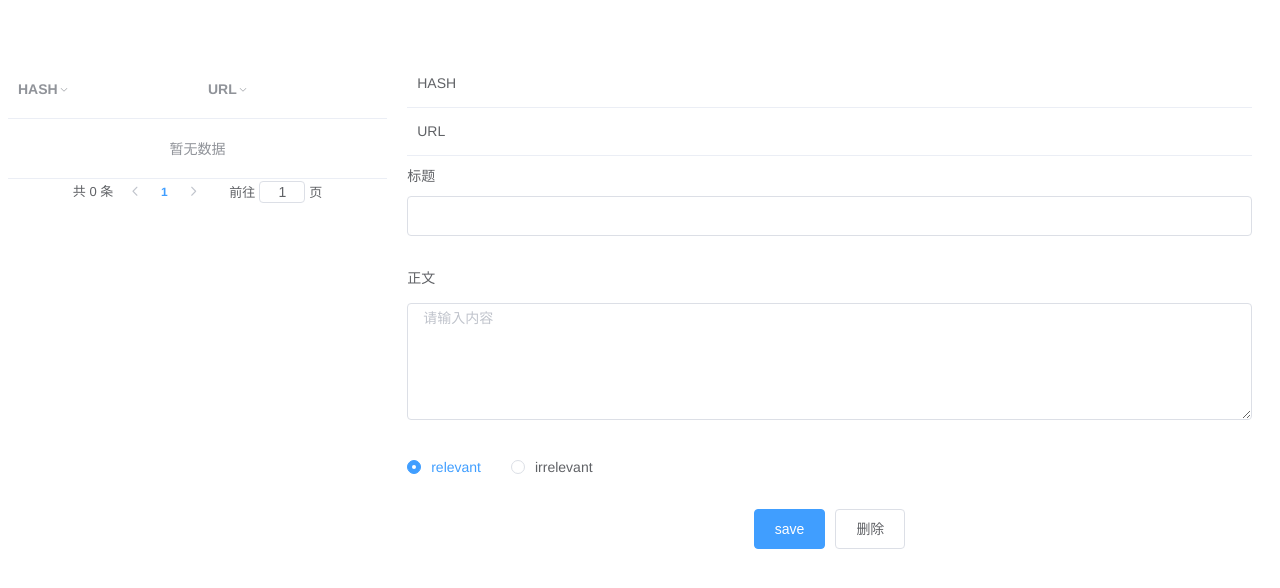
Repository: NicoleGX/TI
Page: /
The author's editor kept a copy of each file at every save. The page is drawn from the files as they stood at one save, then again after the next save.
The browser window is 1280 px wide. The pictures show the whole page.
The page's requests for data from a server got no answer. The project was rebuilt for these pictures with package versions that can differ from the ones it lists, and the page was loaded fresh each time. No one was signed in, and anything a server would have sent is missing.

Above is the page before, as saved 2019-05-30 11:44:24.

After the next save:
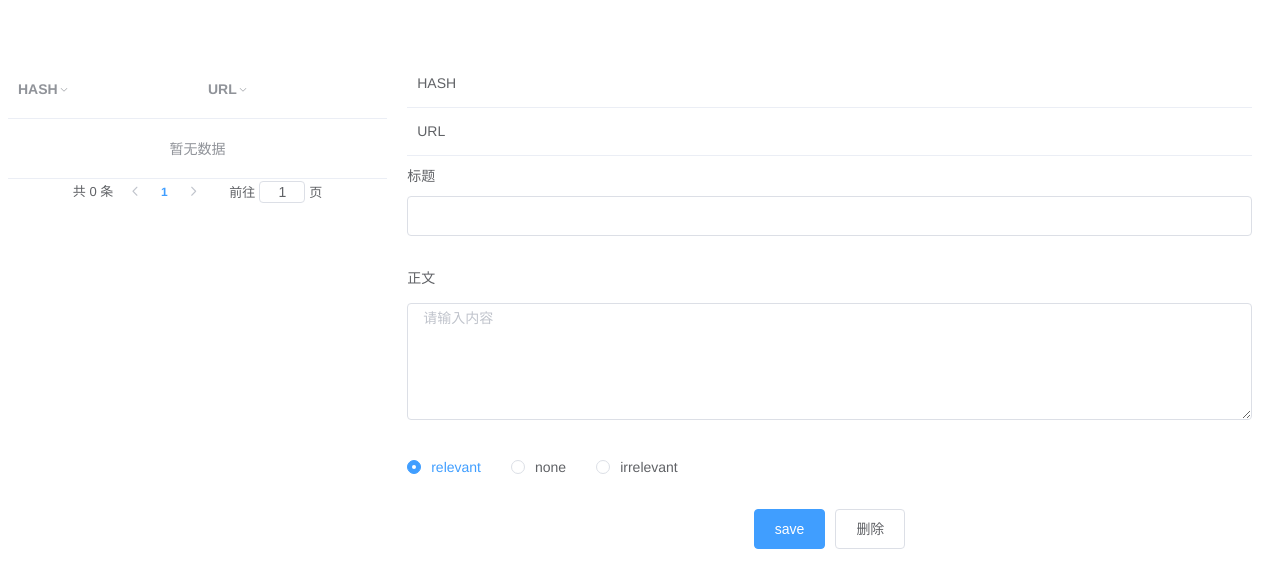
Saved 2 h 59 min later.
--- a/src/views/TextClassification.vue
+++ b/src/views/TextClassification.vue
@@ -68,6 +68,7 @@
         </el-form-item>
         <el-form-item style="text-align: left;">
           <el-radio v-model="form.relevant" label="relevant" name="type"></el-radio>
+          <el-radio v-model="form.relevant" label="none" name="type"></el-radio>
           <el-radio v-model="form.relevant" label="irrelevant" name="type"></el-radio>
         </el-form-item>
         <el-button type="primary" @click="onSubmit">save</el-button>
